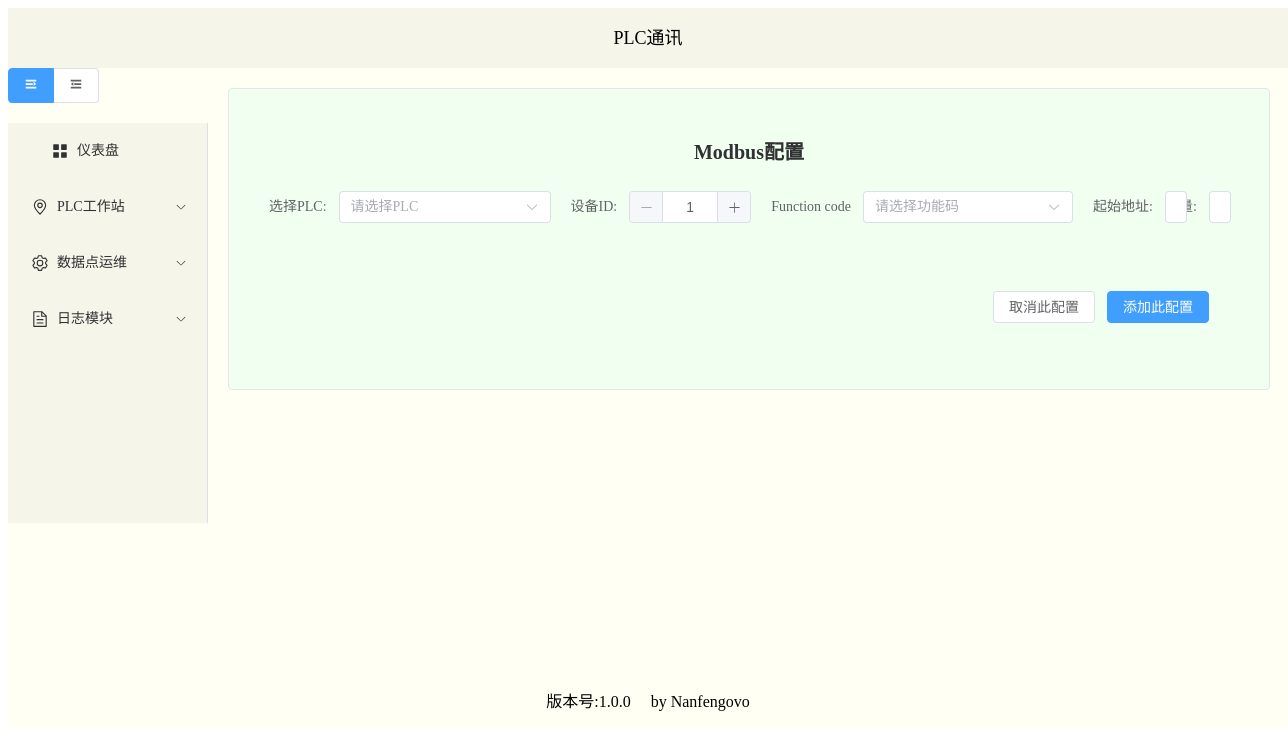
Repository: nanfengovo/HelperWorkStation
Page: /#/frameWork/DataPointOperations/Modbus (app in HelperWorkStation/plchelper-ui/)
The author's editor kept a copy of each file at every save. The page is drawn from the files as they stood at one save, then again after the next save.
The browser window is 1280 px wide. The page is 1288 px wide, so the pictures cover 1288 px, including what lies to the right of the window. The pictures show the whole page.
The page's requests for data from a server got no answer. The project was rebuilt for these pictures with package versions that can differ from the ones it lists, and the page was loaded fresh each time. No one was signed in, and anything a server would have sent is missing. Also part of the build but not shown: HelperWorkStation/plchelper-ui/vite.config.ts, HelperWorkStation/plchelper-ui/src/views/Login/index.vue.

Above is the page before, as saved 2025-01-30 18:24:42.

### HelperWorkStation/plchelper-ui/index.html
<!DOCTYPE html>
<html lang="">
  <head>
    <meta charset="UTF-8">
    <link rel="icon" href="/icon-park-outline--cpu.png">
    <meta name="viewport" content="width=device-width, initial-scale=1.0">
    <title>PLCHelper Station</title>
  </head>
  <body>
    <div id="app"></div>
    <script type="module" src="/src/main.ts"></script>
  </body>
</html>

<style>
  #app{
    /* display: flex;
    justify-content: center;
    align-items: center; */
    height: 100vh;
    width: 100vw;
  }
</style>

### HelperWorkStation/plchelper-ui/src/main.ts
// import './assets/main.css'

import { createApp } from 'vue'
import ElementPlus from 'element-plus'
import 'element-plus/dist/index.css'
import { createPinia } from 'pinia'

import App from './App.vue'
import * as ElementPlusIconsVue from '@element-plus/icons-vue'
import router from './router'

const app = createApp(App)
app.use(router)
for (const [key, component] of Object.entries(ElementPlusIconsVue)) {
    app.component(key, component)
    }
app.use(ElementPlus)
app.use(createPinia())


app.mount('#app')

### HelperWorkStation/plchelper-ui/src/App.vue
<script setup lang="ts">
import {  RouterView } from 'vue-router'
import FrameWork from './views/FrameWork/index.vue'
import Login from './views/Login/index.vue'
</script>

<template>
  <div class="app">
    <RouterView />
  </div>

  <!-- <RouterView /> -->
</template>

<style scoped>
	html,body,#app{
      height: 100%;
      width: 100%;
	}
  .app{
    height: 100%;
    width: 100%;
  }
</style>

### HelperWorkStation/plchelper-ui/src/router/index.ts
import { createMemoryHistory, createRouter, createWebHashHistory, type RouteRecordRaw } from 'vue-router'
import frameWork from '../views/FrameWork/index.vue';
import Login from '../views/Login/index.vue';
import panel from '../views/FrameWork/layout/panel/index.vue';

// const routes: RouteRecordRaw[] = [];
const routes: Array<RouteRecordRaw> = [
    {
        path: '/',
        redirect: '/login'
    },
    {
        path: '/login',
        name: 'login',
        component: Login
    },
    {
        path: '/frameWork',
        name: '主页',
        component: frameWork,
        children: [
            {
                path: '/framework/panel',
                name: '仪表板',
                component: () => import('../views/FrameWork/layout/panel/index.vue'),
            },
            {
                path: '/frameWork/PLCWorkstation/Modbus',
                name: 'PLC工作站-Modbus',
                component: () => import('../views/FrameWork/layout/PLCWorkstation/Modbus/index.vue'),
            },
            {
                path: '/frameWork/PLCWorkstation/PLC',
                name: 'PLC工作站-PLC配置',
                component: () => import('../views/FrameWork/layout/PLCWorkstation/PLC/index.vue'),
            },
            {
                path: '/frameWork/PLCWorkstation/S7',
                name: 'PLC工作站-S7',
                component: () => import('../views/FrameWork/layout/PLCWorkstation/S7/index.vue'),
            },
            {
                path: '/frameWork/PLCWorkstation/OPC',
                name: 'PLC工作站-OPC',
                component: () => import('../views/FrameWork/layout/PLCWorkstation/OPC/index.vue'),
            },
            {
                path: '/frameWork/PLCWorkstation/FinsTCP',
                name: 'PLC工作站-FinsTCP',
                component: () => import('../views/FrameWork/layout/PLCWorkstation/FinsTCP/index.vue'),
            },
            {
                path: '/frameWork/DataPointOperations/Modbus',
                name: '数据点运维-Modbus',
                component: () => import('../views/FrameWork/layout/DataPointOperations/Modbus/index.vue'),
            },
            {
                path: '/frameWork/DataPointOperations/S7',
                name: '数据点运维-S7',
                component: () => import('../views/FrameWork/layout/DataPointOperations/S7/index.vue'),
            },
            {
                path: '/frameWork/DataPointOperations/Opc',
                name: '数据点运维-Opc',
                component: () => import('../views/FrameWork/layout/DataPointOperations/OPC/index.vue'),
            },
            {
                path: '/frameWork/DataPointOperations/FinsTCP',
                name: '数据点运维-FinsTCP',
                component: () => import('../views/FrameWork/layout/DataPointOperations/FinsTCP/index.vue'),
            },
            {
                path: '/frameWork/Log/Operation',
                name: '用户操作日志',
                component: () => import('../views/FrameWork/layout/Log/Operation/index.vue'),
            },
            {
                path: '/frameWork/Log/ReadWrite',
                name: '数据点读写日志',
                component: () => import('../views/FrameWork/layout/Log/ReadWrite/index.vue'),
            },

        ],


    },
];

const router = createRouter({
    history: createWebHashHistory(),
    routes,
});

export default router;

### HelperWorkStation/plchelper-ui/src/views/FrameWork/index.vue
<template>
    <div class="common-layout">
        <el-container>
            <div class="layout-header">
                <el-header>
                    PLC通讯
                </el-header>
            </div>
            <el-container>
                <el-aside width="200px" height="100vh" >
                    <el-radio-group v-model="isCollapse" style="margin-bottom: 20px">
                        <el-radio-button :value="false"><el-icon><Expand /></el-icon></el-radio-button>
                        <el-radio-button :value="true"><el-icon><Fold /></el-icon></el-radio-button>
                    </el-radio-group>
                    <el-menu
                        background-color="#f5f5e9"
                        default-active="1"
                        class="el-menu-vertical-demo"
                        :collapse="isCollapse"
                        @open="handleOpen"
                        @close="handleClose"
                        router
                    >
                        <el-menu-item index="/frameWork/panel">
                            <el-menu-item >
                                <el-icon><icon-menu /></el-icon>
                                <template #title>仪表盘</template>
                            </el-menu-item>
                        </el-menu-item>
                        <el-sub-menu index="2">
                        <template #title>
                            <el-icon><location /></el-icon>
                            <span>PLC工作站</span>
                        </template>
                        <el-menu-item-group >
                            <el-menu-item index="/frameWork/PLCWorkstation/PLC">PLC配置</el-menu-item>
                            <el-menu-item index="/frameWork/PLCWorkstation/Modbus">Modbus模块</el-menu-item>
                            <el-menu-item index="/frameWork/PLCWorkstation/S7">S7模块</el-menu-item>
                            <el-menu-item index="/frameWork/PLCWorkstation/OPC">OPC模块</el-menu-item>
                            <el-menu-item index="/frameWork/PLCWorkstation/FinsTCP">FinsTCP模块</el-menu-item>
                        </el-menu-item-group>
                        </el-sub-menu>
                        <el-sub-menu index="3">
                        <template #title>
                            <el-icon><Setting /></el-icon>
                            <span>数据点运维</span>
                        </template>
                        <el-menu-item-group >
                            <el-menu-item index="/frameWork/DataPointOperations/Modbus">Modbus数据点配置</el-menu-item>
                            <el-menu-item index="/frameWork/DataPointOperations/S7">S7数据点配置</el-menu-item>
                            <el-menu-item index="/frameWork/DataPointOperations/Opc">OPC数据点配置</el-menu-item>
                            <el-menu-item index="/frameWork/DataPointOperations/FinsTCP">FinsTCP数据点模块</el-menu-item>
                        </el-menu-item-group>
                        </el-sub-menu>
                        <el-sub-menu index="4">
                        <template #title>
                            <el-icon><Document /></el-icon>
                            <span>日志模块</span>
                        </template>
                        <el-menu-item-group >
                            <el-menu-item index="/frameWork/Log/Operation">操作日志</el-menu-item>
                            <el-menu-item index="/frameWork/Log/ReadWrite">读写日志</el-menu-item>
                        </el-menu-item-group>
                        </el-sub-menu>
                    </el-menu>
                </el-aside>
                    <el-container>
                        <el-main>
                            <!-- <div class="main-header"> -->
                            <!-- <div class="main-header-breadcrumb"> -->
                                <!-- 面包屑 -->
                                <!-- <el-breadcrumb :separator-icon="ArrowRight"
                                                style="cursor: pointer; margin: 10px 0; display:inline-block;margin-left: 10px; ">
                                                <el-breadcrumb-item  >面包屑导航</el-breadcrumb-item>
                                </el-breadcrumb>
                            </div> -->
                            <!-- <div class="main-header-tab">
                                <el-tab>
                                    <el-tabs
                                    v-model="tablist"
                                    type="card"
                                    editable
                                    class="demo-tabs"
                                    @tab-click="pushTo"
                                >
                                    <el-tab-pane
                                    v-for="item in tablist"
                                    :key="item.name"
                                    :label="item.name"
                                    :name="item.name"
                                    >
                                    {{ item.path }}
                                    </el-tab-pane>
                                </el-tabs>
                                </el-tab>
                            </div> -->
                        <!-- </div> -->
                            <RouterView/>
                        </el-main>
                    </el-container>
            </el-container>
                <el-footer class="fixed-footer" >
                    <span>版本号:{{SoftVersion}}</span>&nbsp;&nbsp;&nbsp;&nbsp;
                    <span>by {{ SoftAuthor }}</span>
                </el-footer>
        </el-container>
    </div>
</template>

<script lang="ts" setup>
import { ref } from 'vue'
import { useRouter } from 'vue-router';
import routes from '../../router/index';
import {
    Document,
    Menu as IconMenu,
    Location,
    Setting,
    ArrowRight,
} from '@element-plus/icons-vue'
import type { TabPaneName } from 'element-plus'



const SoftVersion = ref('1.0.0')
const SoftAuthor = ref('Nanfengovo')


import { useRoute } from 'vue-router'
import router from '../../router/index';
const route = useRoute()
const pathList = ref()

console.log('route', route)// 获取当前路由
console.log('route.matched', route.matched)// 获取当前路由匹配到的路由记录
console.log('route.matched[0].children', route.matched[0].children)// 获取当前路由匹配到的路由记录

const tablist = ref(route.matched[0].children)
const isCollapse = ref(false)

let tabIndex = 1;

// const pushTo = (tab: TabPaneName) => {
//     router.push(tab)
// }


</script>

<style>
.el-menu-vertical-demo:not(.el-menu--collapse) {
    width: 200px;
    min-height: 400px;
}
.layout-header {
    background-color: #f5f5e9;
    color: black;
    text-align: center;
    line-height: 60px;
    font-size: 18px;
}

.common-layout{
    display: flex;
    flex-direction: column;
    min-height: 100vh;
    background-color: #fffff3;
}
.fixed-footer {
    background-color: #fffff3; /* 根据需要设置背景颜色 */
    padding: 10px; /* 根据需要设置内边距 */
    text-align: center; /* 根据需要设置文本对齐方式 */
    margin-bottom: 20px;
    height: 30px;
    font-size: 16px;
}
.main-header{
    border: red 1px solid;
    width: 100%;
    height: 30px;
}
/* .main-header-breadcrumb{
    border: green 1px solid;
    margin: 10px;
    width: 100%;
    height: 30px;
} */
.main-header-tab
{
    border: blue 1px solid;
    width: 100%;
    height: 30px;
}
.demo-tabs {
    border: 1px solid orangered;
    width: 60px;
    height: 30px;
    border-radius: 4px;
}
.demo-tabs>.el-tab-pane {
    border-bottom: 1px solid #ebeef5;
}
</style>

### HelperWorkStation/plchelper-ui/src/views/FrameWork/layout/DataPointOperations/Modbus/index.vue
<template>
    <div class="modbus">
        <el-card class="modbus-card" shadow="hover">
            <div class="modbus-header">
                <div class="card-top-top">
                        <h4>Modbus配置</h4>
                </div>
                <el-form :model="modbusConfig" class="modbusConfig-form">
                    <div class="content">
                        <el-form-item label = "选择PLC:">
                            <el-select
                            v-model="selectedPLC"
                            placeholder="请选择PLC"
                            style="width: 240px"
                            :loading="isLoading"
                            >
                            <!-- 加载中显示提示 -->
                            <el-option v-if="isLoading" disabled label="加载中..." value="" />

                            <!-- 数据加载完成后的选项 -->
                            <el-option
                                v-for="item in PLCList"
                                :key="item.value"
                                :label="item.label"
                                :value="item.value"
                            />
                            </el-select>
                        </el-form-item>
                        <el-form-item label = "设备ID:">
                            <el-input-number v-model="num" :min="1" :max="32"  />
                        </el-form-item>
                        <el-form-item label="Function code" class="function-code" >
                                <el-select
                                    v-model="functionCodes"
                                    style="width: 240px;"
                                    placeholder="请选择功能码"
                                    clearable
                                >
                                    <el-option label="01 Read Coils（0x）" value="01 Read Coils（0x）" />
                                    <el-option value="02 Read Discrete Inputs (1x)" />
                                    <el-option value="03 Read Holding Registers (4x)" />
                                    <el-option value="04 Read Input Registers (3x)" />
                                    <el-option value="05 Write Single Coil" />
                                    <el-option value="06 Write Single Register" />
                                    <el-option value="15 Write Multiple Coils" />
                                    <el-option value="16 WriteMultipleRegisters" />
                                </el-select>
                        </el-form-item>
                        <el-form-item label="起始地址:" >
                            <el-input v-model="address" placeholder="请输入地址" />
                        </el-form-item>
                        <el-form-item label="数量:" >
                            <el-input v-model="quantity" placeholder="请输入数量" />
                        </el-form-item>
                    </div>

                    <div class="btn-group">
                        <el-button @click="cancel">取消此配置</el-button>
                        <el-button type="primary">添加此配置</el-button>
                    </div>
                </el-form>
            </div>
        </el-card>
    </div>
</template>
<script setup lang = "ts">
import axios from 'axios';
import { onMounted, reactive, ref } from 'vue';

// const modbusConfig = reactive({
//     functionCodes: '',
//     address: ''
// });


const num = ref(1);

const functionCodes = ref('');
const address = ref('');
const quantity = ref('');
const selectedPLC = ref(''); // 用于存储用户选择的值
const PLCList = ref([]);       // 存储格式化后的选项
const isLoading = ref(true);   // 加载状态



const GetAllPLCConfig = async () => {
    try{
        const response = await axios.get("http://127.0.0.1:5264/api/ModbusConfig/GetPLCConfig");

    // 将字符串数组转换为 { label: string, value: string } 格式
    PLCList.value = response.data.map((item: any) => ({
      label: item,   // 显示名称
      value: item    // 绑定值（与 label 相同）
    }));

    isLoading.value = false;
    }

    catch (error) {
    console.error('获取PLC列表失败:', error);
    isLoading.value = false;
    }
    // console.log(response.data);
    // PLCList = response.data;
    // console.log(PLCList);
}
//加载下拉框数据
onMounted(() => {
    GetAllPLCConfig();
});

//取消配置
const cancel = () => {
    functionCodes.value = '';

    address.value = '';
    quantity.value = '';
    selectedPLC.value = '';
}
</script>

<style >
.content{
    display: flex;
    margin: 20px;
}
.modbusConfig-form .el-form-item{
    margin-right: 20px;
}
.btn-group{
    display: flex;
    justify-content: right;
    margin-right: 40px;
    margin-top: 50px;
}
.function-code>.el-select{
    width: 240px;
}
.modbus-card{
    width: 100%;
    height: 300px;
    background-color: #F0FFF0;
}
.card-top-top h4{
    font-size: 20px;
    font-weight: bold;
    text-align: center;
}
.content-plc{
    margin-left: 40px;
}
.demo-form-inline .el-select {
    --el-select-width: 220px;
}</style>

After the next save:
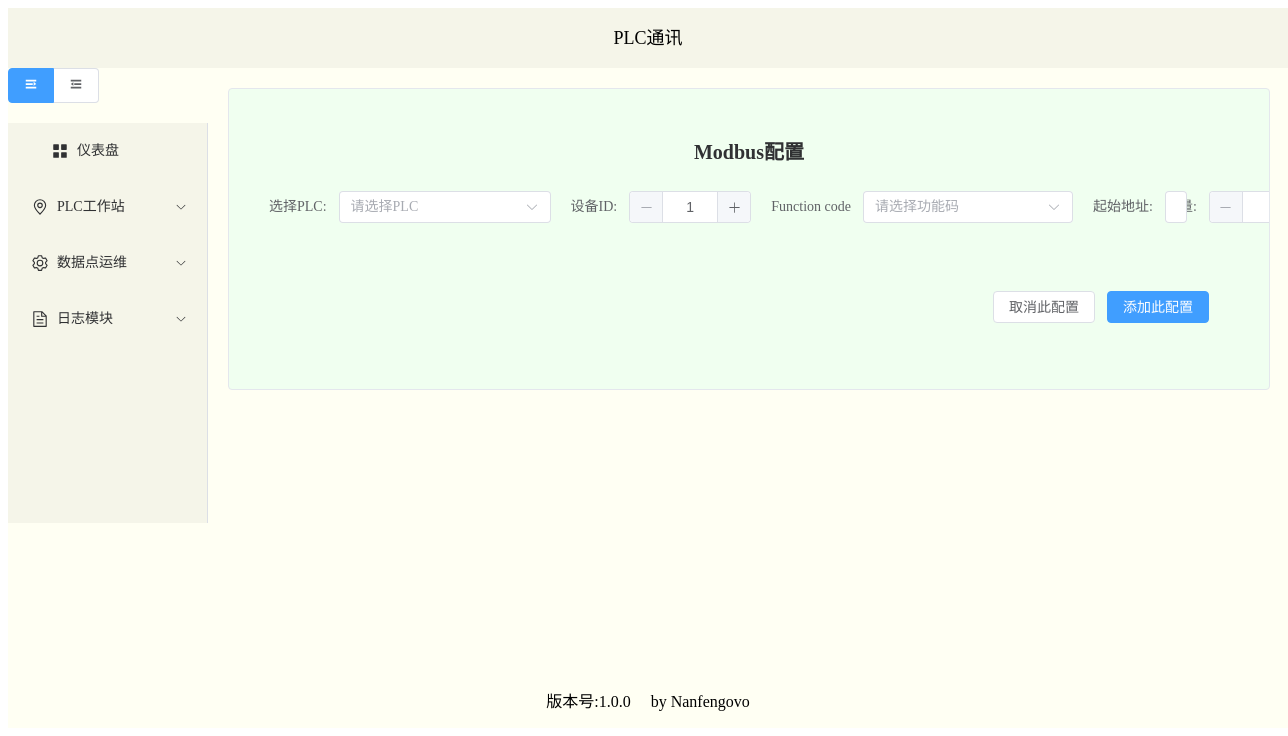
Saved 3 min 11 s later.
--- a/HelperWorkStation/plchelper-ui/src/views/FrameWork/layout/DataPointOperations/Modbus/index.vue
+++ b/HelperWorkStation/plchelper-ui/src/views/FrameWork/layout/DataPointOperations/Modbus/index.vue
@@ -27,7 +27,7 @@
                             </el-select>
                         </el-form-item>
                         <el-form-item label = "设备ID:">
-                            <el-input-number v-model="num" :min="1" :max="32"  />
+                            <el-input-number v-model="salveId" :min="1"   />
                         </el-form-item>
                         <el-form-item label="Function code" class="function-code" >
                                 <el-select
@@ -49,8 +49,8 @@
                         <el-form-item label="起始地址:" >
                             <el-input v-model="address" placeholder="请输入地址" />
                         </el-form-item>
-                        <el-form-item label="数量:" >
-                            <el-input v-model="quantity" placeholder="请输入数量" />
+                        <el-form-item label = "数量:">
+                            <el-input-number v-model="num" :min="1" :max="32"  />
                         </el-form-item>
                     </div>
 
@@ -74,7 +74,7 @@ import { onMounted, reactive, ref } from 'vue';
 
 
 const num = ref(1);
-
+const salveId = ref(1);
 const functionCodes = ref('');
 const address = ref('');
 const quantity = ref('');
